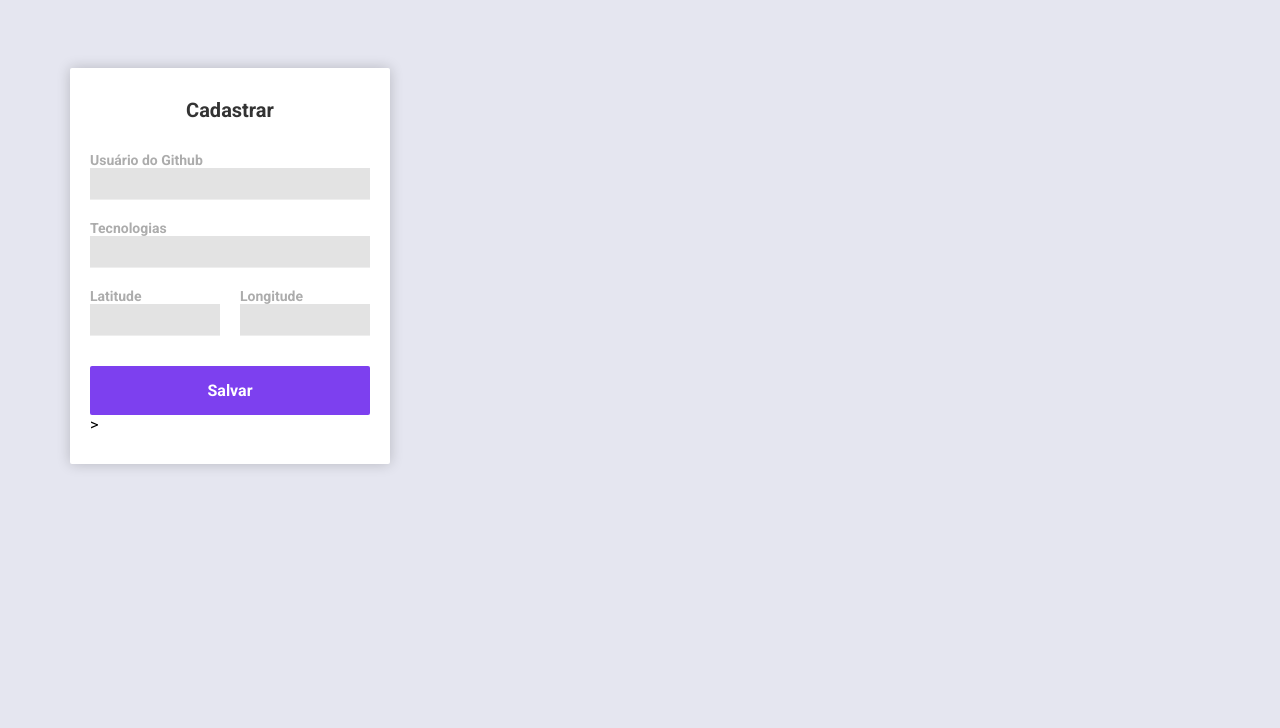
Repository: Jonatas-Castro/react_frontend
Page: /
An editor plug-in stored every save of this project. The page is shown before and after the next save, followed by the edit.
The browser window is 1280 px wide. The pictures show the whole page.
The page's requests for data from a server got no answer. The project was rebuilt for these pictures with package versions that can differ from the ones it lists, and the page was loaded fresh each time. No one was signed in, and anything a server would have sent is missing. Also part of the build but not shown: src/components/devItem/style.css, src/components/devItem/index.js, src/components/devForm/style.css.

Above is the page before, as saved 2020-01-16 18:06:48.

### src/App.js
import React,{useState,useEffect} from 'react';
import api from './services/api';
import DevItem from './components/devItem';
import DevForm from './components/devForm';
import './global.css';
import './App.css';
import './Sidebar.css';
import './Main.css';

// Componente: Bloco isolado de HTML, CSS OU JS, o quel não interfere no restante da aplicação.
// Propriedade: Informações que um componente PAI passa para um componente FILHO
// estado: Informações mantidas pelo componente (Lembrar : Imutabilidade)



function App() {
  const [devs,setDevs]=useState([]);


  useEffect(()=>{
    async function loadDevs(){
      const response = await api.get('/devs');
      setDevs(response.data);
    }
    loadDevs();
  },[]);

  async function handleAddDev(e){
    e.preventDefault();
    const response = await api.post('/devs',{
      github_username,
      techs,
      latitude,
      longitude,
    });

    setGithubusername('');
    setTechs('');

    // adicionar o novo DEV no array
    setDevs([...devs,response.data]);

  }

  return (
    <div id="app">
      <aside>
        <strong>Cadastrar</strong>
        <DevForm />>
      </aside>

      <main>
        <ul>
          {devs.map(dev =>(
            <DevItem key={dev._id} dev={dev}/>
          ))}
        </ul>
      </main>
    </div>
   );
}

export default App;

### src/components/devForm/index.js
import React,{useState,useEffect} from 'react';
import './style.css';

function DevForm({onSubmit}){
    const [latitude, setLatitude] = useState('');
    const [longitude, setLongitude] = useState('');
    const [github_username, setGithubusername] = useState('');
    const [techs, setTechs] = useState('');

    useEffect(()=>{
        navigator.geolocation.getCurrentPosition(
          (position)=>{
            const{latitude,longitude} = position.coords;
            setLatitude(latitude);
            setLongitude(longitude);
          },
          (err)=>{
            console.log(err);
          },
          {
            timeout:30000,
          }
        );
      },[])

    function handleSubmit(){
        onSubmit();
    }

    return(
        <form onSubmit={handleSubmit} >

          <div className="input-block">
            <label htmlFor="github_username">Usuário do Github</label>
            <input type="text"
                   name="github_username"
                   id="github_username"
                   required
                   value={github_username}
                   onChange={e => setGithubusername(e.target.value)} />
          </div>

          <div className="input-block">
            <label htmlFor="techs">Tecnologias</label>
            <input type="text"
                   name="techs"
                   id="techs"
                   required
                   value={techs}
                   onChange={e => setTechs(e.target.value)} />
          </div>

          <div className="input-group">
            <div className="input-block">
              <label htmlFor="latitude">Latitude</label>
              <input type="number"
                     name="latitude"
                     id="latitude"
                     required
                     value={latitude}
                     onChange={e => setLatitude(e.target.value)}
                      />
            </div>
            <div className="input-block">
            <label htmlFor="longitude">Longitude</label>
            <input type="number"
                   name="longitude"
                   id="longitude"
                   required
                   value={longitude}
                   onChange={e => setLongitude(e.target.value)} />
          </div>
          </div>
          <button type="submit">Salvar</button>
        </form>
    );
}

export default DevForm;

### src/global.css
@import url('https://fonts.googleapis.com/css?family=Roboto:400,700&display=swap');
*{
    border:0;
    padding: 0;
    outline: 0;
    box-sizing: border-box;
}
html,body,#root{
    height: 100%;
}
body{
    background: #e5e6f0;
    -webkit-font-smoothing: antialiased;
}

body, input, button{
    font-family: roboto, sans-serif;
}

### src/App.css
#app{
    max-width: 1200px;
    margin: 0 auto;
    padding:60px 30px;
    display: flex;
    flex-direction: row;
    align-items: flex-start;
}
#app main{
    margin-left: 30px;
}
@media(max-width:1000px){
    #app{
        flex-direction: column;
    }
    #app main{
        margin-left: 0px;
        margin-top: 30px;
    }
    #app aside{
        width: 100%;
    }
}

### src/Sidebar.css
aside{
    width: 320px;
    background: #fff;
    box-shadow:0 0 14px 0 rgba(0, 0, 0, 0.2);
    border-radius: 2px;
    padding: 30px 20px;
}
aside strong{
    font-size: 20px;
    text-align: center;
    display: block;
    color: #333;
}
aside form{
    margin-top: 30px;

}
aside form .input-block +.input-block{
    margin-top: 20px;
}

aside form .input-group{
    margin-top: 20px;
    display: grid;
    gap: 20px;
    grid-template-columns: 1fr 1fr;
}

aside form .input-group .input-block{
    margin-top: 0px;
}

aside form .input-block label{
    color:#acacac;
    font-size: 14px;
    font-weight: bold;
    display: block;
}
aside form .input-block input{
    width: 100px;
    height: 32px;
    font-size: 14px;
    color: #777;
    border: 0;
    border-bottom: 1px solid #eee;
    background: #e3e3e3;
    width: 100%;
}
aside form button[type=submit]{
    width: 100%;
    border:0;
    margin-top: 30px;
    background: #7d40ef;
    border-radius: 2px;
    padding: 15px 20px;
    font-size: 16px;
    font-weight: bold;
    color: #fff;
    cursor: pointer;
    transition: background 0.5s;

}
aside form button[type=submit]:hover{
    background: #6931ca;
}

### src/Main.css
main{
    flex: 1;

}
main ul{
    display: grid;
    grid-template-columns: repeat(2, 1fr);
    gap: 20px;
    list-style: none;
}

@media(max-width:650px){
    main ul{
        grid-template-columns: 1fr;
    }
}

Loaded but not shown: public/index.html (common file); src/index.js (common file); src/services/api.js (common file)

After the next save:
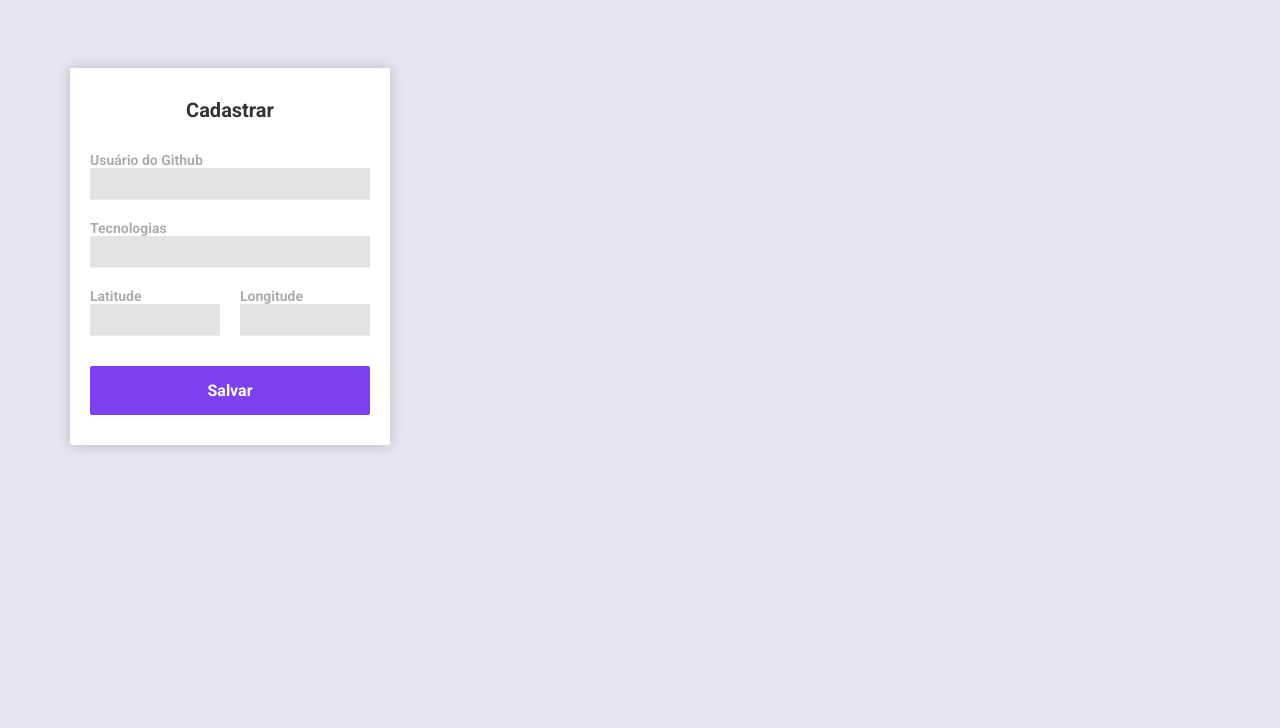
Saved 73 s later.
--- a/src/App.js
+++ b/src/App.js
@@ -25,14 +25,9 @@ function App() {
     loadDevs();
   },[]);
 
-  async function handleAddDev(e){
+  async function handleAddDev(data){
     e.preventDefault();
-    const response = await api.post('/devs',{
-      github_username,
-      techs,
-      latitude,
-      longitude,
-    });
+    const response = await api.post('/devs',data);
 
     setGithubusername('');
     setTechs('');
@@ -46,7 +41,7 @@ function App() {
     <div id="app">
       <aside>
         <strong>Cadastrar</strong>
-        <DevForm />>
+        <DevForm onSubmit={handleAddDev} />
       </aside>
 
       <main>
